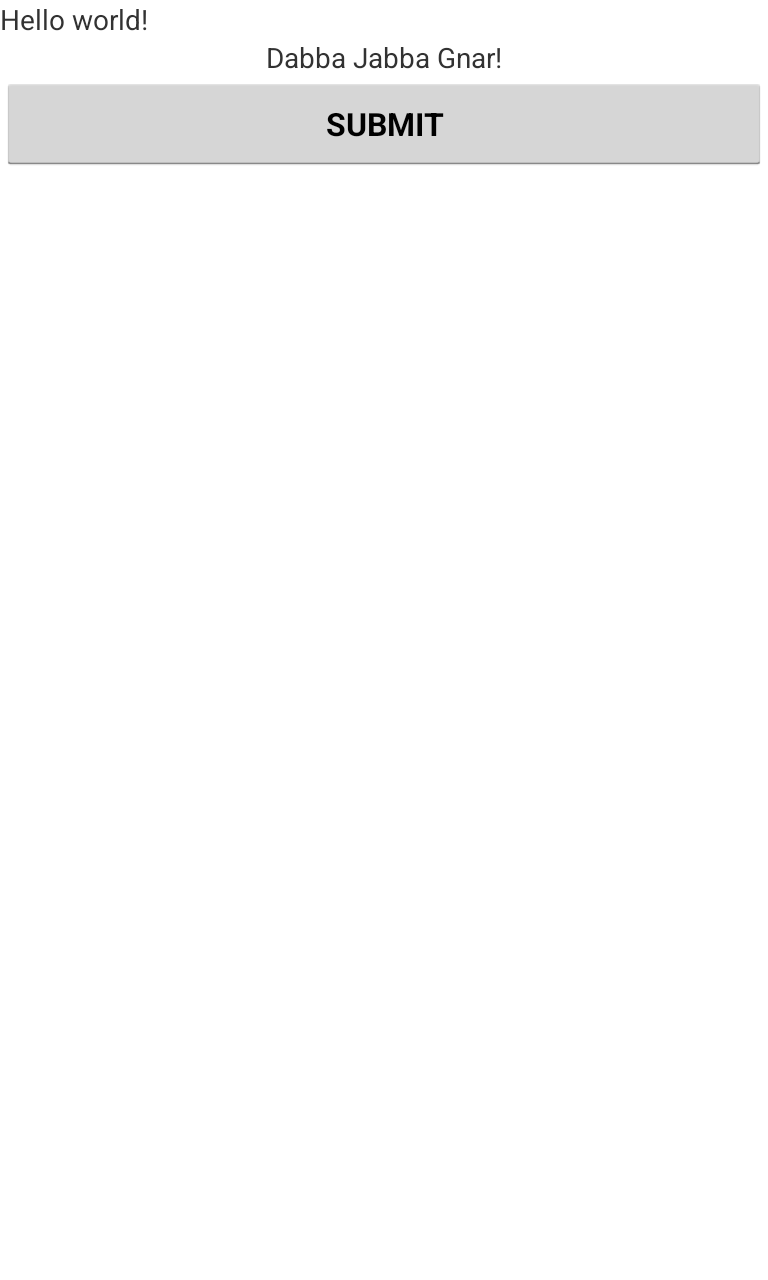
Repository: IgnacioRV/AndroidDev
Layout: ProjectYasuo/res/layout/main2.xml
An editor plug-in stored every save of this project. The layout is shown before and after the next save, followed by the edit.
It is drawn on a 768 x 1280 px phone screen (xhdpi) without system bars, with theme AppTheme; the app's code is not run.

Above is the layout before, as saved 2016-01-21 16:10:56.

After the next save:
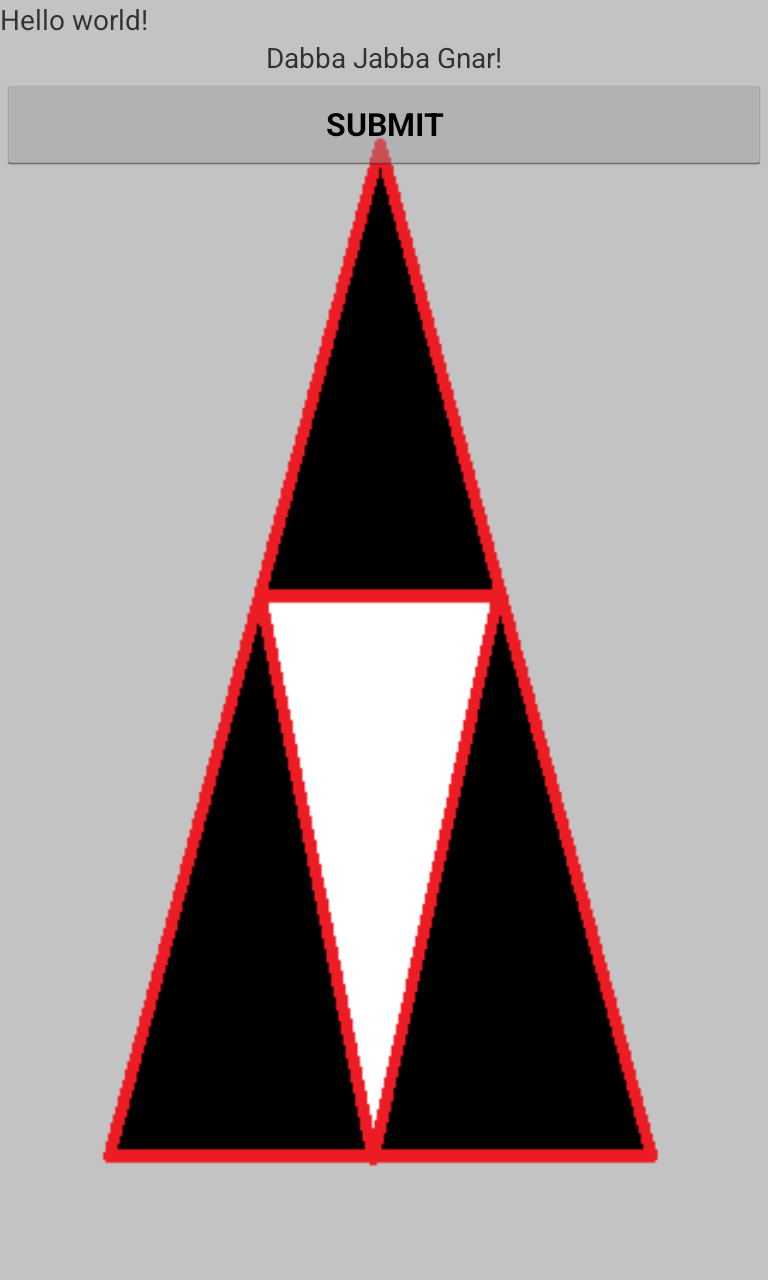
Saved 43 s later.
--- a/ProjectYasuo/res/layout/main2.xml
+++ b/ProjectYasuo/res/layout/main2.xml
@@ -2,7 +2,8 @@
 <LinearLayout xmlns:android="http://schemas.android.com/apk/res/android"
     android:layout_width="fill_parent"
     android:layout_height="fill_parent"
-    android:orientation="vertical" >
+    android:orientation="vertical"
+    android:background="@drawable/bck">
 
     <TextView
         android:layout_width="fill_parent"
